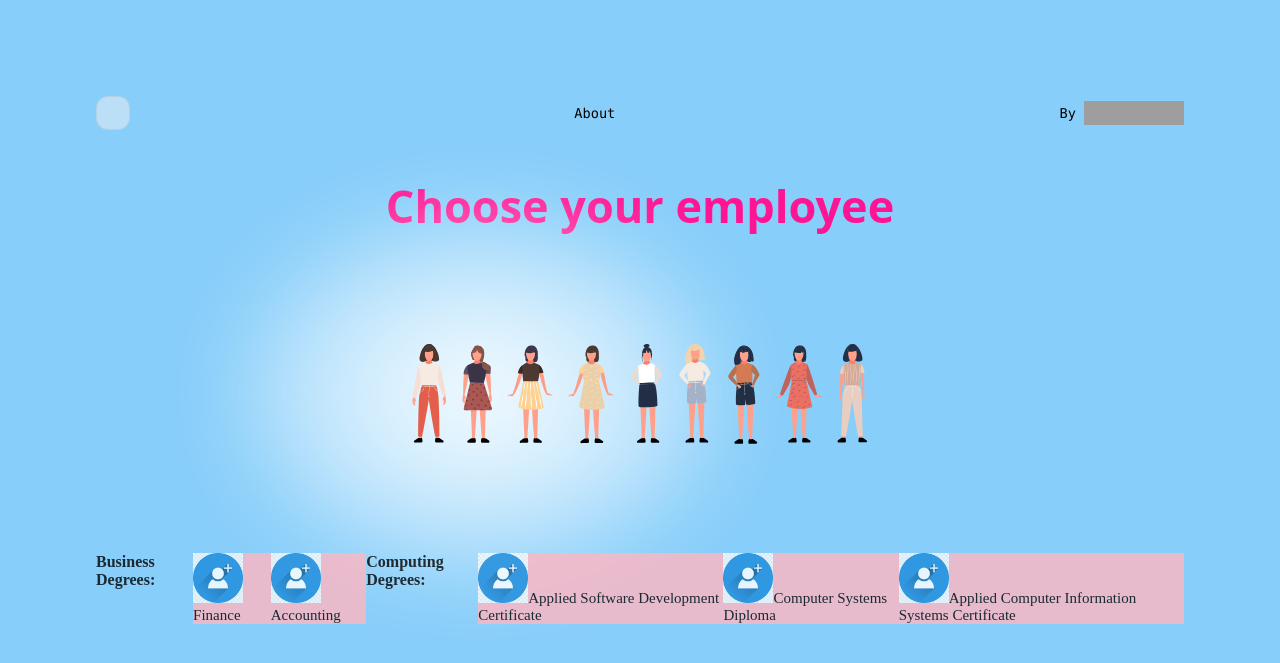
Repository: bguemos/week3example
Page: /
An editor plug-in stored every save of this project. The page is shown before and after the next save, followed by the edit.
The browser window is 1280 px wide. The pictures show the whole page.
Pictures or frames that could not be fetched are drawn as grey boxes. The project was rebuilt for these pictures with package versions that can differ from the ones it lists, and the page was loaded fresh each time. The framework's server and built-in components were replaced by stand-ins that run in the browser. Also part of the build but not shown: next.config.js.

Above is the page before, as saved 2023-01-23 08:56:08.

After the next save:
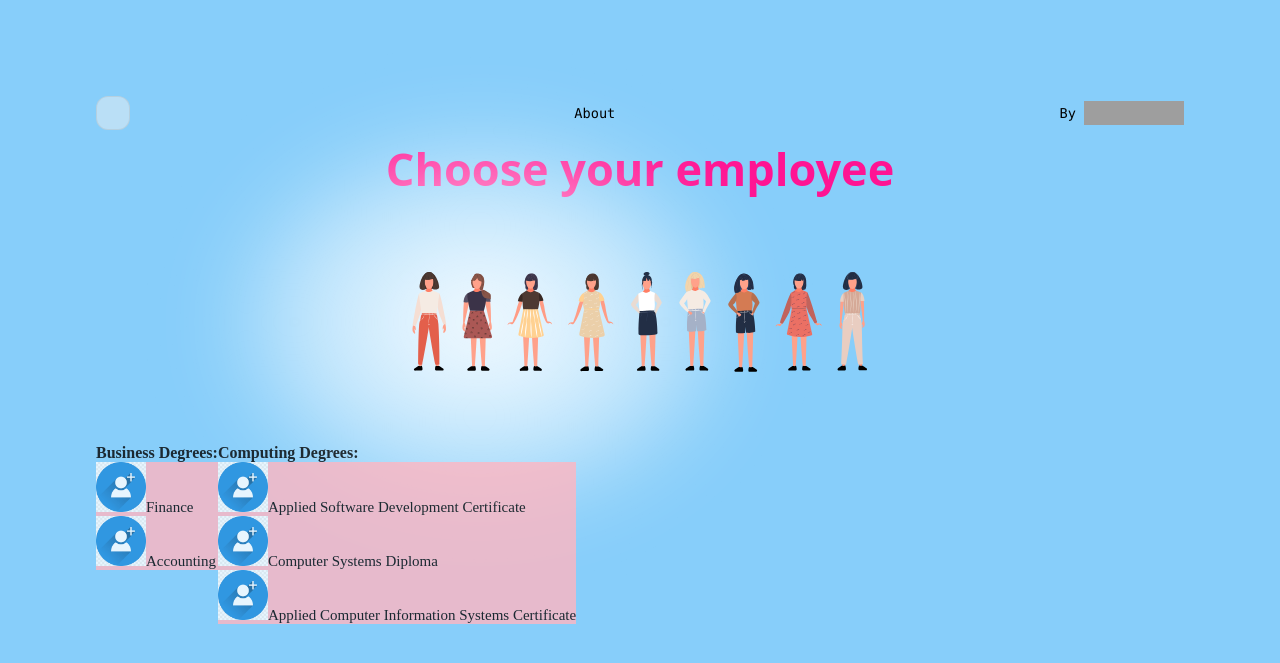
Saved 4 h 24 min later.
--- a/pages/index.js
+++ b/pages/index.js
@@ -61,6 +61,7 @@
         </div>
 
         <div className={styles.grid}>
+          <div className={styles.graph1}>
           <b> Business Degrees: </b>
           {information && information.map((info, index) => {
             if(info.department === "Business"){
@@ -69,6 +70,8 @@
               )
             }
            })}
+           </div>
+           <div className={styles.graph2}>
            <b> Computing Degrees:</b>
            {information && information.map((info, index) => {
             if(info.department === "Computing"){
@@ -77,6 +80,7 @@
               )
             }
             })}
+            </div>
         </div>
       </main>
     </>
